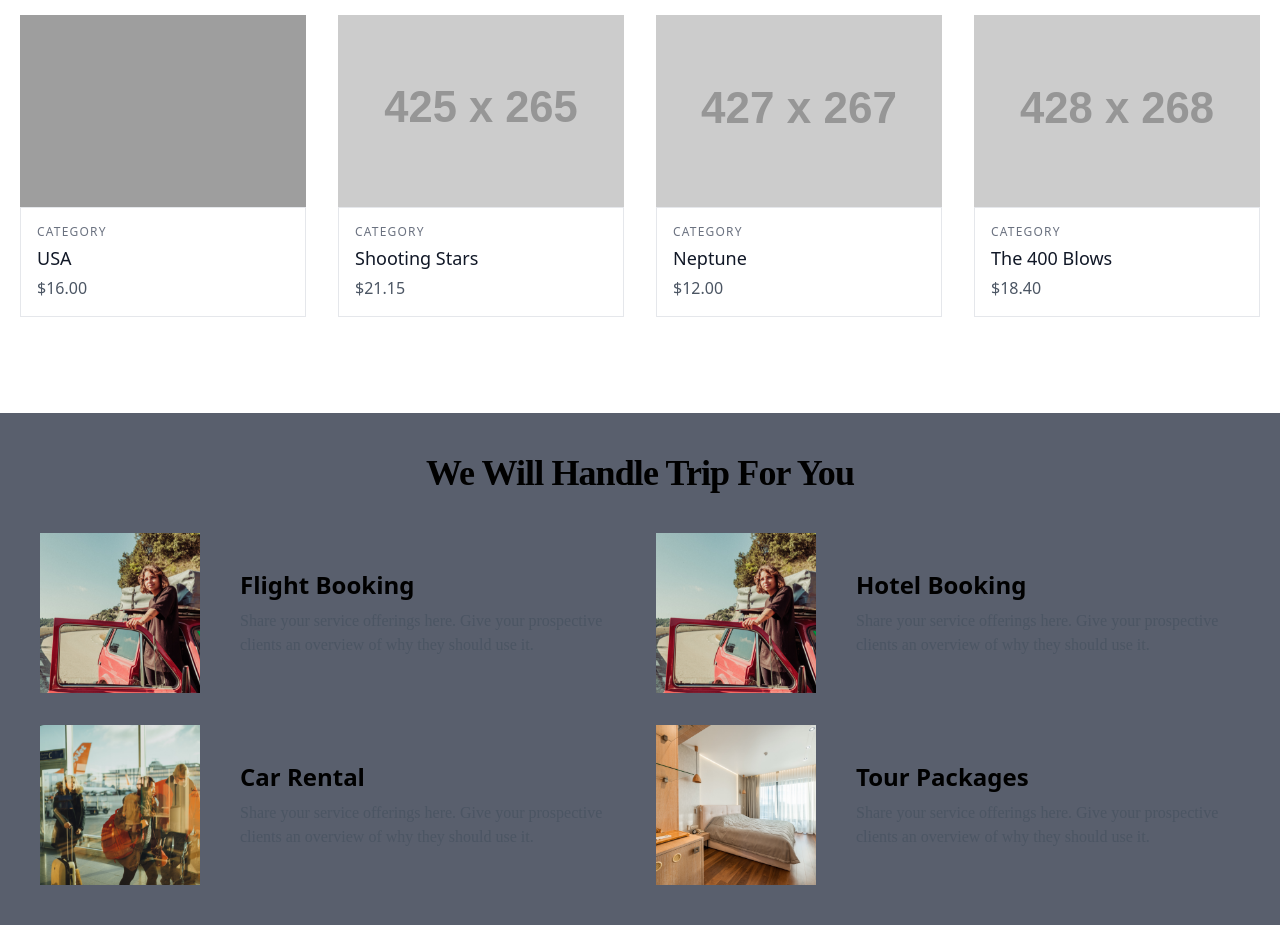
Repository: prabeshsitaula07/greatnepalholidays
Page: / (app in frontend/)
These files come from the project's save history. The page is drawn as it stood at one moment and after the next save; the edit follows.
The browser window is 1280 px wide. The pictures show the part of the page from y = 2243 to 3195 px (the page is 6713 px tall).
Pictures or frames that could not be fetched are drawn as grey boxes. Some web fonts or font styles are not loaded; a fallback is used. The project was rebuilt for these pictures with package versions that can differ from the ones it lists, and the page was loaded fresh each time. Also part of the build but not shown: frontend/vite.config.ts. Imported but missing from the stored project, and not drawn on this page: frontend/src/assets/bgvideo.mp4.

Above is the page before, as saved 2024-11-23 10:37:48.

### frontend/index.html
<!doctype html>
<html lang="en">
  <head>
    <meta charset="UTF-8" />
    <link rel="icon" type="image/svg+xml" href="/icon.png" />
    <meta name="viewport" content="width=device-width, initial-scale=1.0" />
    <title>Vite + React + TS</title>
  </head>
  <body>
    <div id="root"></div>
    <script type="module" src="/src/main.tsx"></script>
  </body>
</html>

### frontend/src/index.css
@import url('https://fonts.googleapis.com/css2?family=Arima:wght@100..700&family=Parkinsans:wght@300..800&display=swap');

@tailwind base;
@tailwind components;
@tailwind utilities;

### frontend/src/App.tsx
import { BrowserRouter as Router, Routes, Route } from 'react-router-dom';
import Navbar from "./components/Navbar/Navbar";
import Home from "./components/Home/Home";
// import About from "./components/About/About"; // Example of another page
import Footer from "./components/Footer/Footer"; // Assuming you have a Footer component

export default function App() {
  return (
    <Router>
      <Navbar />  {/* Navbar is always visible */}
      <Routes>
        <Route path="/" element={<Home />} />
      </Routes>
      <Footer />
    </Router>
  );
}

### frontend/src/components/Navbar/Navbar.tsx
import { Link } from 'react-router-dom';
import { useState, useEffect } from 'react';
import { FaPhone, FaEnvelope } from 'react-icons/fa';
import logo1 from '../../assets/logo1.png';
import logo2 from '../../assets/logo2.png';

export default function Navbar() {
    const [isScrolled, setIsScrolled] = useState(false);

    // Detect scroll and update navbar background and position
    useEffect(() => {
        const handleScroll = () => {
            if (window.scrollY > 50) {
                setIsScrolled(true);  // Fix the navbar to the top when scrolled past 50px
            } else {
                setIsScrolled(false); // Keep the navbar in normal flow when at the top
            }
        };

        window.addEventListener('scroll', handleScroll);

        // Clean up the event listener on component unmount
        return () => {
            window.removeEventListener('scroll', handleScroll);
        };
    }, []);

    return (
        <>
            <div className='w-full bg-darktheme flex gap-10 px-10 py-2'>
                <span className='text-white flex items-center'>
                    <FaPhone className="mr-2" /> 0988848484
                </span>
                <span className='text-white flex items-center'>
                    <FaEnvelope className="mr-2" /> xyz@gmail.com
                </span>
            </div>

            <header
                className={`text-black body-font w-full z-20 transition-all duration-300 ${isScrolled ? 'fixed top-0 bg-white shadow-md' : 'bg-[#2f3c5ae8] text-white'}`}
            >

                <div className="container mx-auto flex flex-wrap p-5 flex-col md:flex-row items-center">
                    <div className="flex title-font font-medium items-center mb-4 md:mb-0 gap-10">
                        <Link to='/'>
                            <img src={logo1} alt="" className='h-14 w-auto' />
                        </Link>
                        <Link to='/'>
                            <img src={logo2} alt="" className='h-14 w-auto' />
                        </Link>
                    </div>
                    <nav className="md:ml-auto flex flex-wrap items-center justify-center text-lg">
                        <Link to='' className="mr-5 hover:text-orange">Home</Link>
                        <Link to='' className="mr-5 hover:text-orange">About Us</Link>
                        <Link to='' className="mr-5 hover:text-orange">Services</Link>
                        <Link to='' className="mr-5 hover:text-orange">Packages</Link>
                        <Link to='' className="mr-5 hover:text-orange">Activities</Link>
                        <Link to='' className="mr-5 hover:text-orange">Blogs</Link>
                    </nav>
                    <button className="inline-flex items-center text-primary bg-darkorange border border-darkorange py-1 px-3 focus:outline-none hover:bg-primary text-lg hover:text-darkorange rounded mt-4 md:mt-0">
                        Download Visa CheckList
                    </button>
                </div>
            </header>
        </>
    );
}

### frontend/src/components/Home/Home.tsx
import bgvideo from '../../assets/bgvideo.mp4';
import Contact from "../Contact/Contact";
import Gallery from "../Gallery/Gallery";
import InternationalPackage from "../Package/InternationalPackage";
import NepalPackage from "../Package/NepalPackage";
import TripHandling from '../Services/TripHandling';
import Team from "../Team/Team";
import Testimonial from "../Testimonial/Testimonial";

export default function Home() {
  return (
    <>
      <div className="relative w-full h-screen">
      {/* Video Background */}
      <video
        autoPlay
        loop
        muted
        className="absolute inset-0 w-full h-full object-cover"
      >
        <source
          src={bgvideo}
          type="video/mp4"
        />
        Your browser does not support the video tag.
      </video>

      {/* Dark Overlay */}
      <div
        className="absolute inset-0 bg-black opacity-50"
        style={{ backgroundColor: 'rgba(0, 0, 0, 0.5)' }} // Adjust opacity for darkness
      ></div>

      {/* Content over the video */}
      <div className="relative z-10 flex items-center justify-center w-full h-full">
        <h1 className="text-white text-6xl font-bold">Welcome to My Website</h1>
      </div>
    </div>
      <NepalPackage />
      <InternationalPackage />
      <TripHandling />
      <Testimonial />
      <Contact />
      <Team />
      <Gallery />

    </>
  )
}

### frontend/src/components/Contact/Contact.tsx
export default function Contact() {
    return (
        <>
            <section className="text-gray-600 body-font relative">
            <h2 className="mt-10 text-4xl tracking-tight font-extrabold text-gray-900 dark:text-black text-center">Contact Us</h2>
                <div className="container px-5 py-10 mx-auto flex sm:flex-nowrap flex-wrap">
                    <div className="lg:w-2/3 md:w-1/2 bg-gray-300 rounded-lg overflow-hidden sm:mr-10 p-10 flex items-end justify-start relative">
                        <iframe
                            width="100%"
                            height="100%"
                            className="absolute inset-0"
                            title="map"
                            src="https://www.google.com/maps/embed?pb=!1m18!1m12!1m3!1d3531.628177055184!2d85.32309027492384!3d27.72876432454742!2m3!1f0!2f0!3f0!3m2!1i1024!2i768!4f13.1!3m3!1m2!1s0x39eb193e98fea663%3A0x6a69a4b662ec372!2sGREAT%20NEPAL%20HOLIDAYS%20P.LTD!5e0!3m2!1sen!2snp!4v1732272072112!5m2!1sen!2snp"
                            style={{ filter: 'grayscale(1) contrast(1.2) opacity(0.4)' }}
                        ></iframe>
                        <div className="bg-white relative flex flex-wrap py-6 rounded shadow-md">
                            <div className="lg:w-1/2 px-6">
                                <h2 className="title-font font-semibold text-gray-900 tracking-widest text-xs">ADDRESS</h2>
                                <p className="mt-1">Photo booth tattooed prism, portland taiyaki hoodie neutra typewriter</p>
                            </div>
                            <div className="lg:w-1/2 px-6 mt-4 lg:mt-0">
                                <h2 className="title-font font-semibold text-gray-900 tracking-widest text-xs">EMAIL</h2>
                                <a className="text-indigo-500 leading-relaxed">example@email.com</a>
                                <h2 className="title-font font-semibold text-gray-900 tracking-widest text-xs mt-4">PHONE</h2>
                                <p className="leading-relaxed">123-456-7890</p>
                            </div>
                        </div>
                    </div>
                    <div className="lg:w-1/3 md:w-1/2 bg-white flex flex-col md:ml-auto w-full md:py-8 mt-8 md:mt-0">
                        <h2 className="text-gray-900 text-lg mb-1 font-medium title-font">Feedback</h2>
                        <p className="leading-relaxed mb-5 text-gray-600">Post-ironic portland shabby chic echo park, banjo fashion axe</p>
                        <div className="relative mb-4">
                            <label htmlFor="name" className="leading-7 text-sm text-gray-600">Name</label>
                            <input type="text" id="name" name="name" className="w-full bg-white rounded border border-gray-300 focus:border-darkorange focus:ring-2 focus:ring-darkorange text-base outline-none text-gray-700 py-1 px-3 leading-8 transition-colors duration-200 ease-in-out" />
                        </div>
                        <div className="relative mb-4">
                            <label htmlFor="email" className="leading-7 text-sm text-gray-600">Email</label>
                            <input type="email" id="email" name="email" className="w-full bg-white rounded border border-gray-300 focus:border-darkorange focus:ring-2 focus:ring-darkorange text-base outline-none text-gray-700 py-1 px-3 leading-8 transition-colors duration-200 ease-in-out" />
                        </div>
                        <div className="relative mb-4">
                            <label htmlFor="message" className="leading-7 text-sm text-gray-600">Message</label>
                            <textarea id="message" name="message" className="w-full bg-white rounded border border-gray-300 focus:border-darkorange focus:ring-2 focus:ring-darkorange h-32 text-base outline-none text-gray-700 py-1 px-3 resize-none leading-6 transition-colors duration-200 ease-in-out"></textarea>
                        </div>
                        <button className="bg-darkorange border border-darkorange text-primary py-2 px-6 focus:outline-none hover:text-darkorange hover:bg-primary rounded text-lg">Send</button>
                        <p className="text-xs text-gray-500 mt-3">Chicharrones blog helvetica normcore iceland tousled brook viral artisan.</p>
                    </div>
                </div>
            </section>
        </>
    )
}

### frontend/src/components/Gallery/Gallery.tsx
export default function Gallery() {
  return (
 <>
 <section className="text-gray-600 body-font">
 <h2 className="mt-10 text-4xl tracking-tight font-extrabold text-gray-900 dark:text-black text-center">Gallery</h2>
  <div className="container px-5 py-24 mx-auto flex flex-wrap">
    <div className="flex w-full mb-20 flex-wrap">
      <h1 className="sm:text-3xl text-2xl font-medium title-font text-gray-900 lg:w-1/3 lg:mb-0 mb-4">Master Cleanse Reliac Heirloom</h1>
      <p className="lg:pl-6 lg:w-2/3 mx-auto leading-relaxed text-base">Whatever cardigan tote bag tumblr hexagon brooklyn asymmetrical gentrify, subway tile poke farm-to-table. Franzen you probably haven't heard of them man bun deep jianbing selfies heirloom.</p>
    </div>
    <div className="flex flex-wrap md:-m-2 -m-1">
      <div className="flex flex-wrap w-1/2">
        <div className="md:p-2 p-1 w-1/2">
          <img alt="gallery" className="w-full object-cover h-full object-center block" src="https://dummyimage.com/500x300" />
        </div>
        <div className="md:p-2 p-1 w-1/2">
          <img alt="gallery" className="w-full object-cover h-full object-center block" src="https://dummyimage.com/501x301" />
        </div>
        <div className="md:p-2 p-1 w-full">
          <img alt="gallery" className="w-full h-full object-cover object-center block" src="https://dummyimage.com/600x360" />
        </div>
      </div>
      <div className="flex flex-wrap w-1/2">
        <div className="md:p-2 p-1 w-full">
          <img alt="gallery" className="w-full h-full object-cover object-center block" src="https://dummyimage.com/601x361" />
        </div>
        <div className="md:p-2 p-1 w-1/2">
          <img alt="gallery" className="w-full object-cover h-full object-center block" src="https://dummyimage.com/502x302" />
        </div>
        <div className="md:p-2 p-1 w-1/2">
          <img alt="gallery" className="w-full object-cover h-full object-center block" src="https://dummyimage.com/503x303" />
        </div>
      </div>
    </div>
  </div>
</section>
 </>
  )
}

### frontend/src/components/Package/InternationalPackage.tsx
export default function InternationalPackage() {
  const packages = [
    { imgSrc: "https://cdn.pixabay.com/photo/2015/10/06/18/26/eiffel-tower-975004_1280.jpg", category: "CATEGORY", title: "Paris", price: "$16.00" },
    { imgSrc: "https://cdn.pixabay.com/photo/2019/04/09/05/36/england-4113666_1280.jpg", category: "CATEGORY", title: "England", price: "$21.15" },
    { imgSrc: "https://cdn.pixabay.com/photo/2023/11/16/05/02/mountains-8391433_640.jpg", category: "CATEGORY", title: "Switzerland", price: "$12.00" },
    { imgSrc: "https://cdn.pixabay.com/photo/2020/08/10/01/28/castle-5476737_640.jpg", category: "CATEGORY", title: "Japan", price: "$18.40" },
    { imgSrc: "https://cdn.pixabay.com/photo/2023/10/18/00/59/mountain-8322610_640.jpg", category: "CATEGORY", title: "USA", price: "$16.00" },
    { imgSrc: "https://dummyimage.com/425x265", category: "CATEGORY", title: "Shooting Stars", price: "$21.15" },
    { imgSrc: "https://dummyimage.com/427x267", category: "CATEGORY", title: "Neptune", price: "$12.00" },
    { imgSrc: "https://dummyimage.com/428x268", category: "CATEGORY", title: "The 400 Blows", price: "$18.40" },
  ];

  return (
    <section className="text-gray-600 body-font">
      <h2 className="my-4 text-4xl tracking-tight font-extrabold text-gray-900 dark:text-black text-center">International Packages</h2>
      <div className="container px-5 py-24 mx-auto">
        <div className="flex flex-wrap -m-4">
          {packages.map((pkg, index) => (
            <div key={index} className="lg:w-1/4 md:w-1/2 p-4 w-full">
              <a className="block relative h-48 overflow-hidden">
                <img alt={pkg.title} className="object-cover object-center w-full h-full block" src={pkg.imgSrc} />
              </a>
              <div className="p-4 border">
                <h3 className="text-gray-500 text-xs tracking-widest title-font mb-1">{pkg.category}</h3>
                <h2 className="text-gray-900 title-font text-lg font-medium">{pkg.title}</h2>
                <p className="mt-1">{pkg.price}</p>
              </div>
            </div>
          ))}
        </div>
      </div>
    </section>
  );
}

### frontend/src/components/Package/NepalPackage.tsx
export default function NepalPackage() {
  const packages = [
    { imgSrc: "https://dummyimage.com/420x260", category: "CATEGORY", title: "The Catalyzer", price: "$16.00" },
    { imgSrc: "https://dummyimage.com/421x261", category: "CATEGORY", title: "Shooting Stars", price: "$21.15" },
    { imgSrc: "https://dummyimage.com/422x262", category: "CATEGORY", title: "Neptune", price: "$12.00" },
    { imgSrc: "https://dummyimage.com/423x263", category: "CATEGORY", title: "The 400 Blows", price: "$18.40" },
    { imgSrc: "https://dummyimage.com/424x264", category: "CATEGORY", title: "The Catalyzer", price: "$16.00" },
    { imgSrc: "https://dummyimage.com/425x265", category: "CATEGORY", title: "Shooting Stars", price: "$21.15" },
    { imgSrc: "https://dummyimage.com/427x267", category: "CATEGORY", title: "Neptune", price: "$12.00" },
    { imgSrc: "https://dummyimage.com/428x268", category: "CATEGORY", title: "The 400 Blows", price: "$18.40" },
  ];

  return (
    <section className="text-gray-600 body-font">
      <h2 className="my-4 text-4xl tracking-tight font-extrabold text-gray-900 dark:text-black text-center">Nepal Packages</h2>
      <div className="container px-5 py-24 mx-auto">
        <div className="flex flex-wrap -m-4">
          {packages.map((pkg, index) => (
            <div key={index} className="lg:w-1/4 md:w-1/2 p-4 w-full">
              <a className="block relative h-48 overflow-hidden">
                <img alt={pkg.title} className="object-cover object-center w-full h-full block" src={pkg.imgSrc} />
              </a>
              <div className="p-4 border">
                <h3 className="text-gray-500 text-xs tracking-widest title-font mb-1">{pkg.category}</h3>
                <h2 className="text-gray-900 title-font text-lg font-medium">{pkg.title}</h2>
                <p className="mt-1">{pkg.price}</p>
              </div>
            </div>
          ))}
        </div>
      </div>
    </section>
  );
}

### frontend/src/components/Services/TripHandling.tsx
import img2 from '../../assets/2.png';
import img3 from '../../assets/3.png';
import img4 from '../../assets/4.png';

export default function TripHandling() {
    const services = [
      { title: "Flight Booking", imgSrc: img2, description: "Share your service offerings here. Give your prospective clients an overview of why they should use it." },
      { title: "Hotel Booking", imgSrc: img2, description: "Share your service offerings here. Give your prospective clients an overview of why they should use it." },
      { title: "Car Rental", imgSrc: img3, description: "Share your service offerings here. Give your prospective clients an overview of why they should use it." },
      { title: "Tour Packages", imgSrc: img4, description: "Share your service offerings here. Give your prospective clients an overview of why they should use it." },
    ];

    return (
      <div className="bg-navbarbg h-fit flex justify-center flex-col items-center p-10">
          <h2 className="mb-10 text-4xl tracking-tight font-extrabold text-black text-center font-parkinsans">We Will Handle Trip For You</h2>
          <div className="grid grid-cols-2 gap-8">
              {services.map((service, index) => (
                <div key={index} className="flex gap-10 items-center">
                  <img className="h-40 w-40" src={service.imgSrc} alt={service.title} />
                  <div>
                      <h3 className="font-semibold pb-2 text-2xl">{service.title}</h3>
                      <p className="font-parkinsans text-gray-600">{service.description}</p>
                  </div>
                </div>
              ))}
          </div>
      </div>
    );
  }

### frontend/src/components/Testimonial/Testimonial.tsx
export default function Testimonial() {
    const testimonials = [
      {
        name: "Bonnie Green",
        title: "Developer at Open AI",
        image: "https://flowbite.s3.amazonaws.com/blocks/marketing-ui/avatars/karen-nelson.png",
        quote: `"I recently got my hands on Flowbite Pro, and holy crap, I'm speechless with how easy this was to integrate within my application..."`,
      },
      {
        name: "Roberta Casas",
        title: "Lead designer at Dropbox",
        image: "https://flowbite.s3.amazonaws.com/blocks/marketing-ui/avatars/roberta-casas.png",
        quote: `"FlowBite provides a robust set of design tokens and components based on the popular Tailwind CSS framework..."`,
      },
      {
        name: "Jese Leos",
        title: "Software Engineer at Facebook",
        image: "https://flowbite.s3.amazonaws.com/blocks/marketing-ui/avatars/jese-leos.png",
        quote: `"As someone who mainly designs in the browser, I've been a casual user of Figma, but as soon as I saw and started playing with FlowBite..."`,
      },
      {
        name: "Joseph McFall",
        title: "CTO at Google",
        image: "https://flowbite.s3.amazonaws.com/blocks/marketing-ui/avatars/joseph-mcfall.png",
        quote: `"This is a very complex and beautiful set of elements. Under the hood it comes with the best things from 2 different worlds: Figma and Tailwind..."`,
      },
    ];

    return (
      <section className="bg-white py-8 px-4 m-auto max-w-screen-xl text-center">
        <h2 className="mb-4 text-4xl font-extrabold text-primary dark:text-black">Testimonials</h2>
        <p className="mb-8 text-gray-500 dark:text-gray-400">Explore the whole collection of open-source web components...</p>
        <div className="grid gap-8 lg:grid-cols-2">
          {testimonials.map(({ name, title, image, quote }, index) => (
            <div
              key={index}
              className="flex flex-col justify-between items-center p-6 border rounded-lg bg-gray-50 shadow-md dark:bg-gray-800 dark:border-gray-700 dark:shadow-lg"
            >
              <blockquote className="mb-4 text-gray-500 dark:text-gray-400">
                <h3 className="text-lg font-semibold text-gray-900 dark:text-white">{quote.split(" ")[0]}</h3>
                <p className="my-4 text-justify leading-relaxed">{quote}</p>
              </blockquote>
              <figcaption className="flex justify-center items-center space-x-3">
                <img className="w-9 h-9 rounded-full" src={image} alt={`${name} profile`} />
                <div className="text-left text-sm font-light dark:text-white">
                  <div>{name}</div>
                  <div className="text-sm text-gray-500 dark:text-gray-400">{title}</div>
                </div>
              </figcaption>
            </div>
          ))}
        </div>
      </section>
    );
  }

Loaded but not shown: frontend/src/main.tsx (common file); frontend/tailwind.config.js (21 lines, source omitted); frontend/src/components/Footer/Footer.tsx (125 lines, source omitted); frontend/src/components/Team/Team.tsx (102 lines, source omitted)

After the next save:
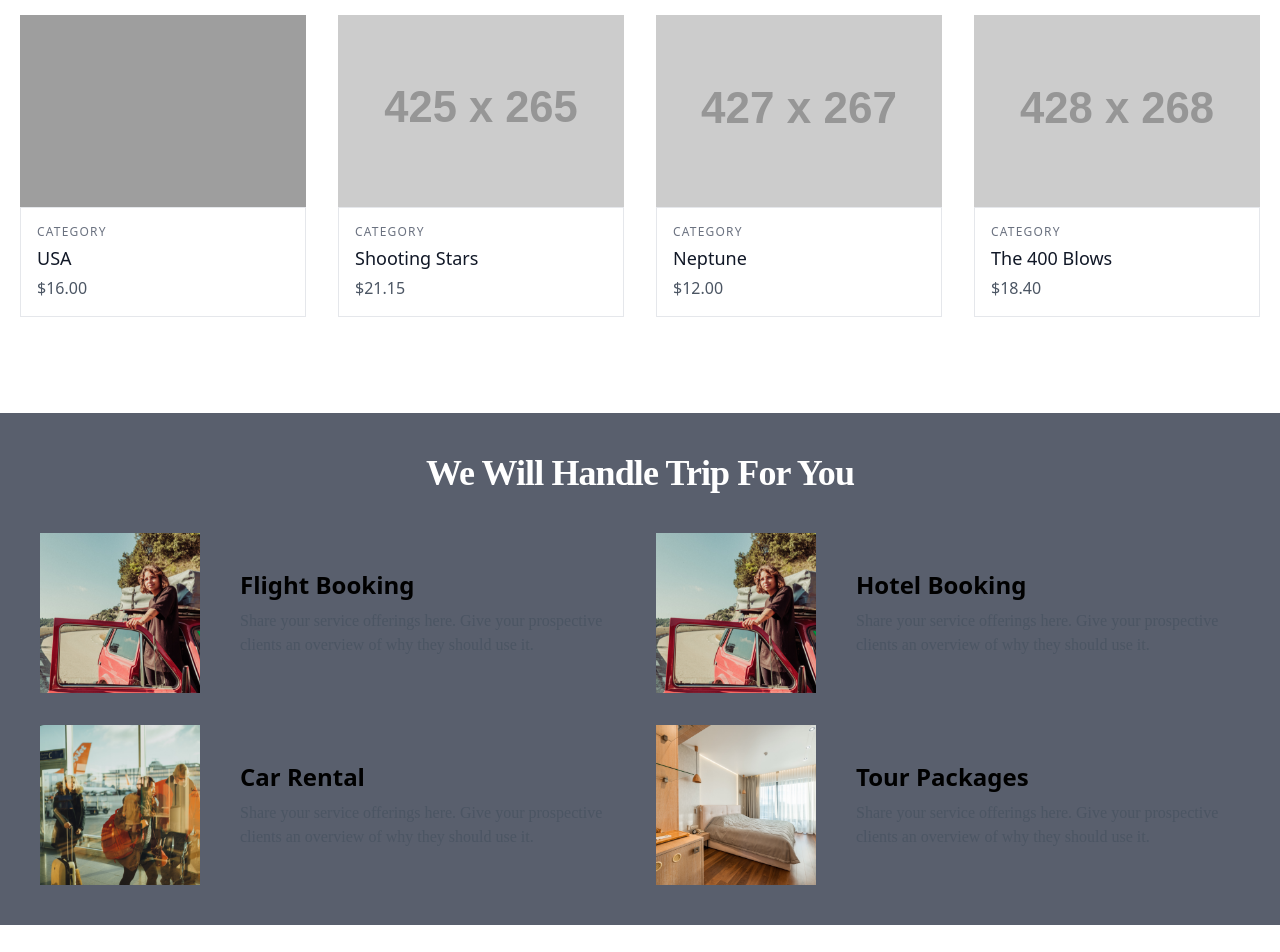
Saved 7 s later.
--- a/frontend/src/components/Services/TripHandling.tsx
+++ b/frontend/src/components/Services/TripHandling.tsx
@@ -12,7 +12,7 @@ export default function TripHandling() {
 
     return (
       <div className="bg-navbarbg h-fit flex justify-center flex-col items-center p-10">
-          <h2 className="mb-10 text-4xl tracking-tight font-extrabold text-black text-center font-parkinsans">We Will Handle Trip For You</h2>
+          <h2 className="mb-10 text-4xl tracking-tight font-extrabold text-white text-center font-parkinsans">We Will Handle Trip For You</h2>
           <div className="grid grid-cols-2 gap-8">
               {services.map((service, index) => (
                 <div key={index} className="flex gap-10 items-center">
